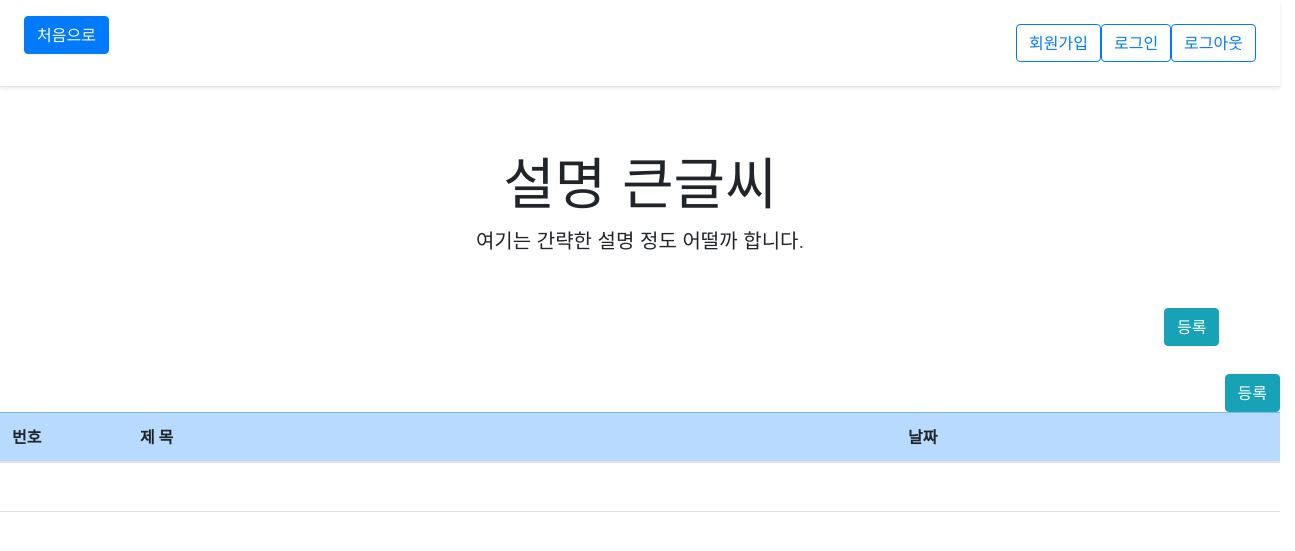
Repository: SettingRhino/innogleantmanager
Page: http://localhost/antmanager/WEB-INF/views/diary.jsp
An editor plug-in stored every save of this project. The page is shown before and after the next save, followed by the edit.
The browser window is 1280 px wide. The page is 1295 px wide, then 1280 px, so the pictures cover 1295 px, including what lies to the right of the window. The pictures show the whole page.
The page is served by Tomcat 9. Nobody is signed in. Other server files are loaded and not shown. The template is opened directly, without the code that normally fills it, so the values that code supplies are empty.

Above is the page before, as saved 2020-06-09 02:33:30.

### antmanager/src/main/webapp/WEB-INF/views/diary.jsp
<%@ page language="java" contentType="text/html; charset=UTF-8"
	pageEncoding="UTF-8"%>
<%@ taglib uri="http://java.sun.com/jsp/jstl/core" prefix="c"%>

<!doctype html>
<html>
<head>
<meta charset="utf-8">
<meta name="viewport"
	content="width=device-width, initial-scale=1, shrink-to-fit=no">
<meta name="description" content="">
<meta name="author"
	content="Mark Otto, Jacob Thornton, and Bootstrap contributors">
<meta name="generator" content="Jekyll v4.0.1">
<title>Pricing example · Bootstrap</title>

<link rel="canonical"
	href="https://getbootstrap.com/docs/4.5/examples/pricing/">

<link rel="stylesheet"
	href="https://stackpath.bootstrapcdn.com/bootstrap/4.4.1/css/bootstrap.min.css"
	integrity="sha384-Vkoo8x4CGsO3+Hhxv8T/Q5PaXtkKtu6ug5TOeNV6gBiFeWPGFN9MuhOf23Q9Ifjh"
	crossorigin="anonymous">

<style>
.bd-placeholder-img {
	font-size: 1.125rem;
	text-anchor: middle;
	-webkit-user-select: none;
	-moz-user-select: none;
	-ms-user-select: none;
	user-select: none;
}

@media ( min-width : 768px) {
	.bd-placeholder-img-lg {
		font-size: 3.5rem;
	}
}
</style>
<!-- Custom styles for this template -->

<link href="<c:url value="/resources/css/pricing.css"/>"
	rel="stylesheet">
</head>
<body>
	<div
		class="d-flex flex-column flex-md-row align-items-center p-3 px-md-4 mb-3 bg-white border-bottom shadow-sm">
		<h5 class="my-0 mr-md-auto font-weight-normal">
			<p align="center">
				<a href="<c:url value="/"/>" class="btn btn-primary" role="button">처음으로</a>
			</p>
		</h5>
		<nav class="my-2 my-md-0 mr-md-3"></nav>

		<a class="btn btn-outline-primary"href="<c:url value="/user/signup"/>">회원가입</a>
		<a class="btn btn-outline-primary" href="<c:url value="/login"/>">로그인</a>
		<a class="btn btn-outline-primary" href="<c:url value="/logout"/>">로그아웃</a>
	</div>

	<div
		class="pricing-header px-3 py-3 pt-md-5 pb-md-4 mx-auto text-center">
		<h1 class="display-4">설명 큰글씨</h1>
		<p class="lead">여기는 간략한 설명 정도 어떨까 합니다.</p>
	</div>
	<table class="table table-borderless">
    <thead>
      <tr>
				<th style="width: 10%"></th>
				<th style="width: 60%"></th>
				<th style="width: 20%"></th>
				<th style="width: 10%"><a href="<c:url value="/diary/edit"/>" class="btn btn-info" role="button">등록</a></th>
			</tr>
    </thead>
    </table>
	<div class="row">
		<div class="col-lg-4"></div>
		<div class="col-lg-4"></div>
		<div class="col-lg-4" align="right">
			<a href="<c:url value="/diary/edit"/>" class="btn btn-info" role="button">등록</a>
		</div>
	</div>
	<table class="table">
		<thead>
			<tr class="table-primary">
				<th style="width: 10%">번호</th>
				<th style="width: 60%">제 목</th>
				<th style="width: 20%">날짜</th>
				<th style="width: 10%"></th>
			</tr>
		</thead>

		<tbody>
			<c:forEach var="diary" items="${diarys}">
				<tr>
					<td>${diary.id}</td>
					<td><a
						href="<c:url value="/diary/viewItem?user=${diary.user}&id=${diary.id}"/>">${diary.title}</a></td>
					<td>${diary.date}</td>
					<td><a href="<c:url value="/diary/delete?id=${diary.id}"/>"
						class="btn btn-info" role="button">삭제</a></td>
				</tr>
			</c:forEach>
		</tbody>
	</table>
	<footer class="pt-4 my-md-5 pt-md-5 border-top"> </footer>

</body>
</html>

### antmanager/src/main/webapp/resources/css/pricing.css
@charset "UTF-8";
html {
  font-size: 14px;
}
@media (min-width: 768px) {
  html {
    font-size: 16px;
  }
}

.container {
  max-width: 960px;
}

.pricing-header {
  max-width: 700px;
}

.card-deck .card {
  min-width: 220px;
}

After the next save:
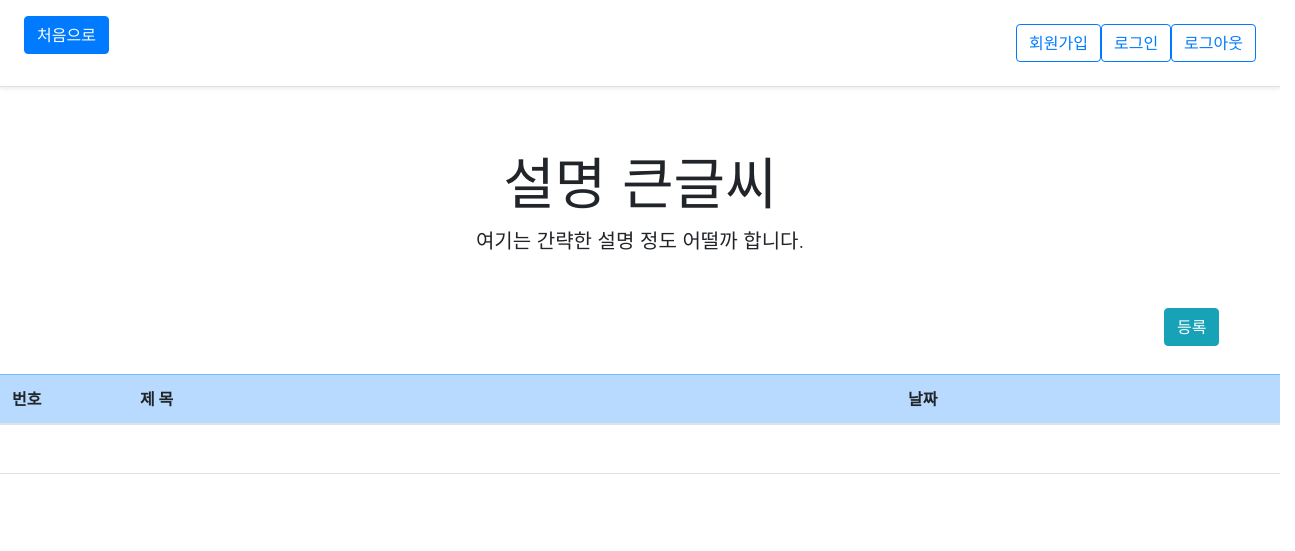
Saved 5 s later.
--- a/antmanager/src/main/webapp/WEB-INF/views/diary.jsp
+++ b/antmanager/src/main/webapp/WEB-INF/views/diary.jsp
@@ -73,13 +73,6 @@
 			</tr>
     </thead>
     </table>
-	<div class="row">
-		<div class="col-lg-4"></div>
-		<div class="col-lg-4"></div>
-		<div class="col-lg-4" align="right">
-			<a href="<c:url value="/diary/edit"/>" class="btn btn-info" role="button">등록</a>
-		</div>
-	</div>
 	<table class="table">
 		<thead>
 			<tr class="table-primary">
